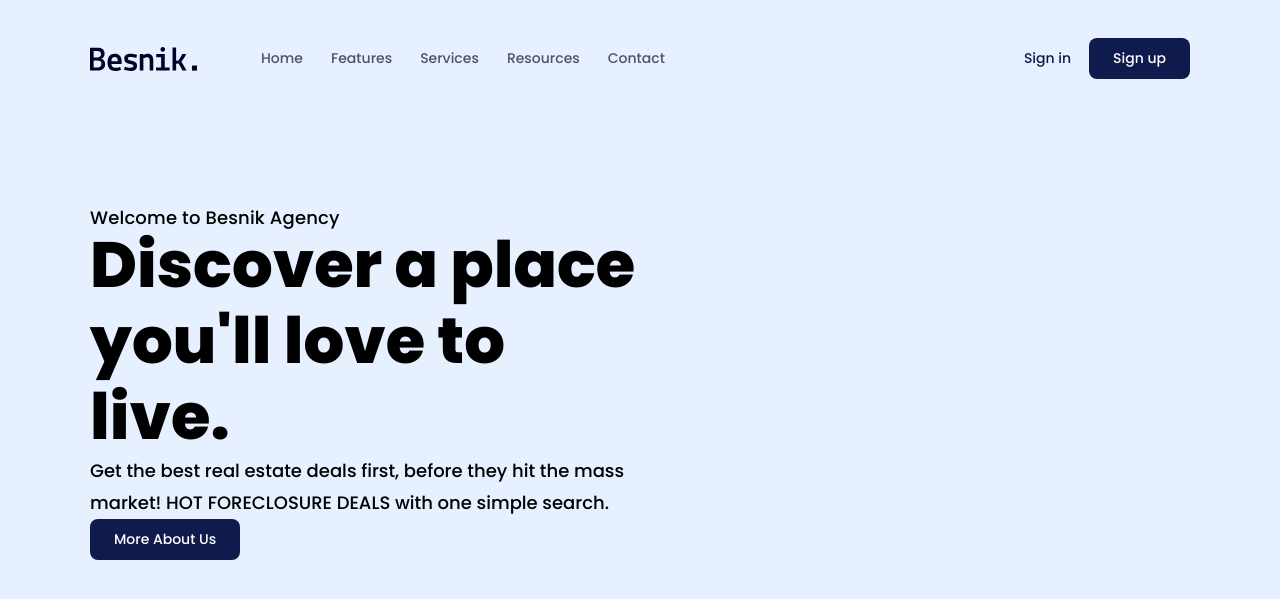
Repository: ducvui2003/f8-project-01
Page: index.html
An editor plug-in stored every save of this project. The page is shown before and after the next save, followed by the edit.
The browser window is 1280 px wide. The pictures show the whole page.

Above is the page before, as saved 2023-06-16 19:41:27.

### index.html
<!DOCTYPE html>
<html lang="en">

<head>
    <meta charset="UTF-8">
    <meta name="viewport" content="width=device-width, initial-scale=1.0">
    <title>f8-procject-01</title>

    <link rel="stylesheet" href="./asset/css/reset.css">
    <link rel="stylesheet" href="./asset/font/stylesheet.css">
    <link rel="stylesheet" href="./asset/css/styles.css">
</head>

<body>
    <main>
        <!-- Header -->
        <header class="header">
            <div class="content">
                <!--  -->
                <nav class="nav">
                    <!-- Logo -->
                    <img src="./asset/img/logo.svg" alt="">

                    <!-- Navigation -->
                    <ul>
                        <li><a href="">Home</a></li>
                        <li><a href="">Features</a></li>
                        <li><a href="">Services</a></li>
                        <li><a href="">Resources</a></li>
                        <li><a href="">Contact</a></li>
                    </ul>

                    <!-- Action -->
                    <div class="actions">
                        <a href="#!" class="action-link">Sign in</a>
                        <a href="#!" class="btn action-btn">Sign up</a>
                    </div>
                </nav>
                <div class="hero">
                    <div class="info">
                        <p class="sub-title">Welcome to Besnik Agency</p>
                        <h1 class="title">Discover a place
                            you'll love to live.</h1>
                        <p class="desc">Get the best real estate deals first,
                            before they hit the mass market! HOT FORECLOSURE DEALS with one simple
                            search.</p>
                        <a href="#!" class="btn">More About Us</a>
                    </div>
                </div>
            </div>
        </header>

    </main>
</body>

</main>

</html>

### asset/font/stylesheet.css
/* =======Poppins font=========== */
@font-face {
  font-family: "Poppins";
  src: url("Poppins/Poppins-Black.woff2") format("woff2"),
    url("Poppins/Poppins-Black.woff") format("woff");
  font-weight: 900;
  font-style: normal;
  font-display: swap;
}

@font-face {
  font-family: "Poppins";
  src: url("Poppins/Poppins-BlackItalic.woff2") format("woff2"),
    url("Poppins/Poppins-BlackItalic.woff") format("woff");
  font-weight: 900;
  font-style: italic;
  font-display: swap;
}

@font-face {
  font-family: "Poppins";
  src: url("Poppins/Poppins-Bold.woff2") format("woff2"),
    url("Poppins/Poppins-Bold.woff") format("woff");
  font-weight: bold;
  font-style: normal;
  font-display: swap;
}

@font-face {
  font-family: "Poppins";
  src: url("Poppins/Poppins-BoldItalic.woff2") format("woff2"),
    url("Poppins/Poppins-BoldItalic.woff") format("woff");
  font-weight: bold;
  font-style: italic;
  font-display: swap;
}

@font-face {
  font-family: "Poppins";
  src: url("Poppins/Poppins-ExtraBold.woff2") format("woff2"),
    url("Poppins/Poppins-ExtraBold.woff") format("woff");
  font-weight: bold;
  font-style: normal;
  font-display: swap;
}

@font-face {
  font-family: "Poppins";
  src: url("Poppins/Poppins-ExtraBoldItalic.woff2") format("woff2"),
    url("Poppins/Poppins-ExtraBoldItalic.woff") format("woff");
  font-weight: bold;
  font-style: italic;
  font-display: swap;
}

@font-face {
  font-family: "Poppins";
  src: url("Poppins/Poppins-ExtraLight.woff2") format("woff2"),
    url("Poppins/Poppins-ExtraLight.woff") format("woff");
  font-weight: 200;
  font-style: normal;
  font-display: swap;
}

@font-face {
  font-family: "Poppins";
  src: url("Poppins/Poppins-ExtraLightItalic.woff2") format("woff2"),
    url("Poppins/Poppins-ExtraLightItalic.woff") format("woff");
  font-weight: 200;
  font-style: italic;
  font-display: swap;
}

@font-face {
  font-family: "Poppins";
  src: url("Poppins/Poppins-Italic.woff2") format("woff2"),
    url("Poppins/Poppins-Italic.woff") format("woff");
  font-weight: normal;
  font-style: italic;
  font-display: swap;
}

@font-face {
  font-family: "Poppins";
  src: url("Poppins/Poppins-Light.woff2") format("woff2"),
    url("Poppins/Poppins-Light.woff") format("woff");
  font-weight: 300;
  font-style: normal;
  font-display: swap;
}

@font-face {
  font-family: "Poppins";
  src: url("Poppins/Poppins-LightItalic.woff2") format("woff2"),
    url("Poppins/Poppins-LightItalic.woff") format("woff");
  font-weight: 300;
  font-style: italic;
  font-display: swap;
}

@font-face {
  font-family: "Poppins";
  src: url("Poppins/Poppins-Medium.woff2") format("woff2"),
    url("Poppins/Poppins-Medium.woff") format("woff");
  font-weight: 500;
  font-style: normal;
  font-display: swap;
}

@font-face {
  font-family: "Poppins";
  src: url("Poppins/Poppins-MediumItalic.woff2") format("woff2"),
    url("Poppins/Poppins-MediumItalic.woff") format("woff");
  font-weight: 500;
  font-style: italic;
  font-display: swap;
}

@font-face {
  font-family: "Poppins";
  src: url("Poppins/Poppins-SemiBold.woff2") format("woff2"),
    url("Poppins/Poppins-SemiBold.woff") format("woff");
  font-weight: 600;
  font-style: normal;
  font-display: swap;
}

@font-face {
  font-family: "Poppins";
  src: url("Poppins/Poppins-Regular.woff2") format("woff2"),
    url("Poppins/Poppins-Regular.woff") format("woff");
  font-weight: normal;
  font-style: normal;
  font-display: swap;
}

@font-face {
  font-family: "Poppins";
  src: url("Poppins/Poppins-SemiBoldItalic.woff2") format("woff2"),
    url("Poppins/Poppins-SemiBoldItalic.woff") format("woff");
  font-weight: 600;
  font-style: italic;
  font-display: swap;
}

@font-face {
  font-family: "Poppins";
  src: url("Poppins/Poppins-Thin.woff2") format("woff2"),
    url("Poppins/Poppins-Thin.woff") format("woff");
  font-weight: 100;
  font-style: normal;
  font-display: swap;
}

@font-face {
  font-family: "Poppins";
  src: url("Poppins/Poppins-ThinItalic.woff2") format("woff2"),
    url("Poppins/Poppins-ThinItalic.woff") format("woff");
  font-weight: 100;
  font-style: italic;
  font-display: swap;
}

### asset/css/styles.css
* {
  box-sizing: border-box;
}
html {
  font-size: 62.5%;
}
body {
  font-size: 1.6rem;
  font-family: "Poppins";
}
:root {
  --primary-color: #0f1b4c;
}
/* Common */
a {
  text-decoration: none;
}
.content {
  width: 1100px;
  max-width: calc(100% - 48px);
  margin-left: auto;
  margin-right: auto;
}

.btn {
  min-width: 98px;
  background-color: var(--primary-color);
  border-radius: 0.8rem;
  padding: 10px 24px;
  color: white;
  font-style: normal;
  font-weight: 500;
  font-size: 1.4rem;
  line-height: 2.1rem;
  display: inline-block;
}
.btn:hover {
  opacity: 0.9;
}
/* Header */
.header {
  height: 100vh;
  background-color: #e6f0ff;
}

.header .nav {
  display: flex;
  align-items: center;
  padding-top: 38px;
}
.header .nav ul {
  margin-left: 50px;
  margin-right: auto;

  display: flex;
  justify-content: space-between;
}

.header .nav ul a {
  color: #4f5361;
  padding: 8px 14px;
  /* Padding in tag inline block  */
}
.header .nav ul a:hover {
  text-decoration: underline;
}
.header .nav a {
  font-weight: 500;
  font-size: 1.4rem;
  line-height: 2.1rem;
}
.header .nav .actions {
  display: flex;
  justify-content: center;
  align-items: center;
  gap: 1.8rem;
}
.header .nav .action-link {
  color: var(--primary-color);
}
.hero {
  margin-top: 130px;
}
.hero .info {
  width: 51%;
}
.hero .sub-title,
.hero .desc {
  font-style: normal;
  font-weight: 500;
  font-size: 1.8rem;
}
.hero .sub-title {
  letter-spacing: 0.01em;
}
.hero .title {
  font-style: normal;
  font-weight: 700;
  font-size: 6.4rem;
  line-height: 1.19;
}
.hero .desc {
  line-height: 3.2rem;
}

Loaded but not shown: asset/css/reset.css (common file)

After the next save:
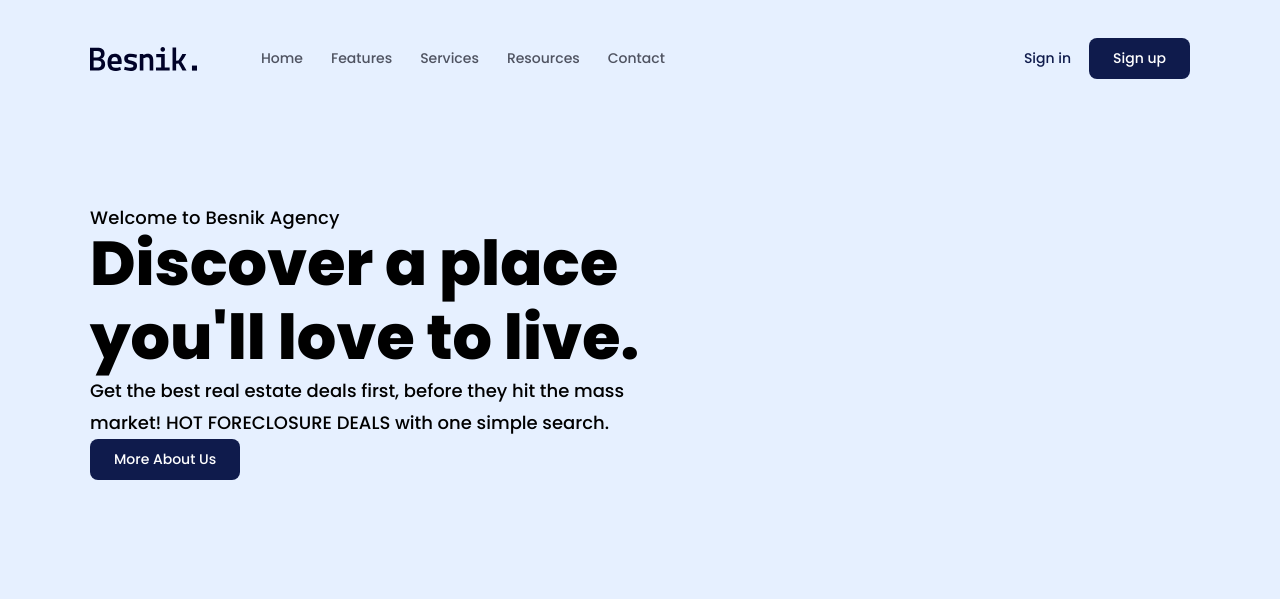
Saved 94 s later.
--- a/asset/css/styles.css
+++ b/asset/css/styles.css
@@ -96,7 +96,7 @@
 .hero .title {
   font-style: normal;
   font-weight: 700;
-  font-size: 6.4rem;
+  font-size: 6.2rem;
   line-height: 1.19;
 }
 .hero .desc {
